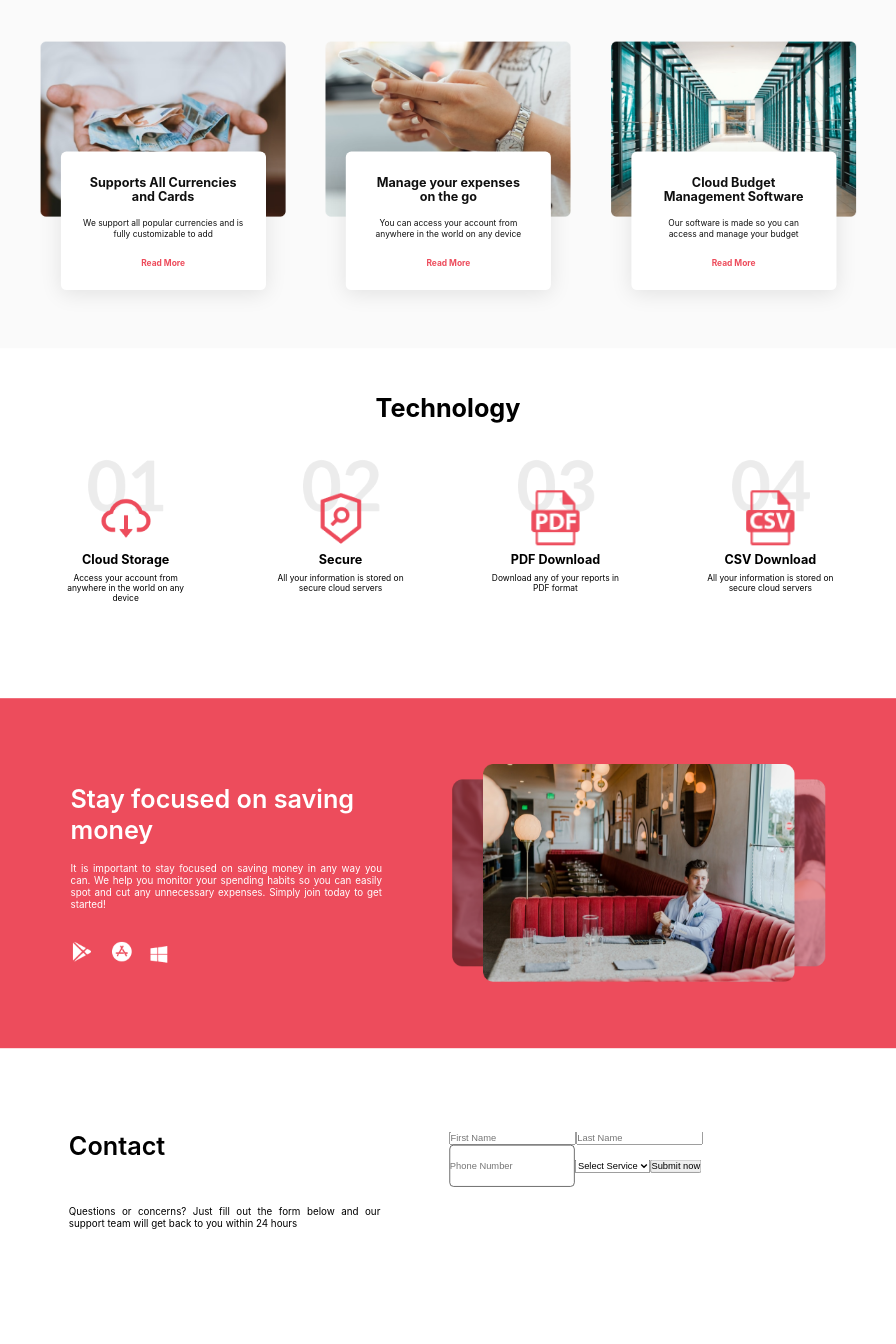
Repository: Ola-22/cloudBudget
Page: /
An editor plug-in stored every save of this project. The page is shown before and after the next save, followed by the edit.
The browser window is 1280 px wide. The pictures show the part of the page from y = 1478 to 3398 px (the page is 3398 px tall), at 70% of full size.
The project was rebuilt for these pictures with package versions that can differ from the ones it lists, and the page was loaded fresh each time.

Above is the page before, as saved 2021-09-14 11:19:19.

### src/App.js
import "./App.css";
import {
  Navbar,
  MainContent,
  VideoSection,
  Features,
  Technology,
  AppDownload,
  Contact,
} from "./components/component-path";

function App() {
  return (
    <div className="App">
      <div
        className="app-main"
        style={{
          backgroundImage:
            "linear-gradient(90deg, rgba(213, 32, 71, 0.8) 0%, rgba(238, 61, 27, 0.8) 100%),url(/images/bg.png)",
          height: "782px",
        }}
      >
        <Navbar />
        <MainContent />
      </div>
      <VideoSection />
      <Features />
      <Technology />
      <AppDownload />
      <Contact />
    </div>
  );
}

export default App;

### src/App.css
*{
  margin: 0;
  padding: 0;
  box-sizing: border-box;
}

.app-main{
  /* height: 782px; */
  background-position: center;
  background-repeat: no-repeat;
  background-size: cover;
  position: relative;
}

### src/Components/component-path.js
export { default as Navbar } from "./Navbar";
export { default as MainContent } from "./MainContent";
export { default as VideoSection } from "./VideoSection";
export { default as Features } from "./Features";
export { default as Technology } from "./Technology";
export { default as AppDownload } from "./AppDownload";
export { default as Contact } from "./Contact";

### src/Components/Navbar/index.jsx
import "./style.scss";
import { Link, BrowserRouter as Router } from "react-router-dom";

function Navbar() {
  return (
    <div className="nav-main">
      <div className="nav-box">
        <img src="/images/Vector.png" alt="" />
        <h3>CLOUDBUDGET</h3>
      </div>
      <Router>
        <nav>
          <Link to="/">overview</Link>
          <Link to="/">features</Link>
          <Link to="/">technology</Link>
          <Link to="/">contact</Link>
          <Link to="/">sign up</Link>
        </nav>
      </Router>
      <div style={{ display: "flex", cursor: "pointer" }}>
        <div className="flag-box">
          <img src="/images/flag.png" alt="" />
          <h4>EN</h4>
          <img src="/images/vector2.png" alt="" />
        </div>
        <button>Login</button>
      </div>
    </div>
  );
}

export default Navbar;

### src/Components/MainContent/index.jsx
import "./style.css";

export default function MainContent() {
  return (
    <div className="main-content">
      <h1>CloudBudget</h1>
      <p>
        Cloud budget management for everyone. Only €69.95 a Month After a 7 Day
        Trial of
        <br /> Up to €4.99
      </p>
      <button>sign up</button>
    </div>
  );
}

### src/Components/VideoSection/index.jsx
import "./style.scss";

export default function VideoSection() {
  return (
    <div className="videoMain">
      <div className="video-content">
        <h2>Easy to Use Cloud Budget Management Software</h2>
        <p>
          Our software is made so you can access and manage your budget and
          expenses online at any time from any device. It provides detailed
          income and expense reports with graphs so you can easilly see your
          spending patterns and budget at a glance. Read below to find out more.
        </p>
        <a href="#">Learn More</a>
      </div>
      <div>
        <img src="/images/play.png" alt="" />
        <img src="/images/Video_bg.png" alt="" />
      </div>
    </div>
  );
}

### src/Components/Features/index.jsx
import FeaturesCard from "./FeaturesCard";
import "./style.scss";

export default function Features() {
  return (
    <div className="features-main">
      <h1>Features</h1>
      <div>
        <FeaturesCard
          src="/images/features1.png"
          title="Supports All Currencies and Cards"
          paragraph="We support all popular currencies and is fully customizable to add"
          readmore="Read More"
        />
        <FeaturesCard
          src="/images/features2.png"
          title="Manage your expenses on the go"
          paragraph="You can access your account from anywhere in the world on any device"
          readmore="Read More"
        />
        <FeaturesCard
          src="/images/features3.png"
          title="Cloud Budget Management Software"
          paragraph="Our software is made so you can access and manage your budget"
          readmore="Read More"
        />
      </div>
    </div>
  );
}

### src/Components/Technology/index.jsx
import "./style.scss";
import TechCard from "./TechCard";

export default function Technology() {
  return (
    <div className="tech-main">
      <h1>Technology</h1>
      <div>
        <TechCard
          src="/images/tech1.png"
          title="Cloud Storage"
          paragraph="Access your account from anywhere in the world on any device"
          background="01.png"
        />
        <TechCard
          src="/images/tech2.png"
          title="Secure"
          paragraph="All your information is stored on secure cloud servers"
          background="02.png"
        />
        <TechCard
          src="/images/tech3.png"
          title="PDF Download"
          paragraph="Download any of your reports in PDF format"
          background="03.png"
        />
        <TechCard
          src="/images/tech4.png"
          title="CSV Download"
          paragraph="All your information is stored on secure cloud servers"
          background="04.png"
        />
      </div>
    </div>
  );
}

### src/Components/AppDownload/index.jsx
import "./style.scss";

export default function AppDownload() {
  return (
    <div className="download-main">
      <div>
        <h1>Stay focused on saving money</h1>
        <p>
          It is important to stay focused on saving money in any way you can. We
          help you monitor your spending habits so you can easily spot and cut
          any unnecessary expenses. Simply join today to get started!
        </p>
        <img src="/images/playstore.png" alt="" />
        <img src="/images/applestore.png" alt="" />
        <img src="/images/windows.png" alt="" />
      </div>
      <div>
        <div>
          <img src="/images/Video_bg3.png" alt="" />
          <img src="/images/Video_bg2.png" alt="" />
        </div>
        <img src="/images/Video_bg1.png" alt="" />
      </div>
    </div>
  );
}

### src/Components/Contact/index.jsx
import "./style.scss";
import Input from "./Input";

export default function Contact() {
  return (
    <div className="contact-main">
      <div>
        <h4>Contact</h4>
        <p>
          Questions or concerns? Just fill out the form below and our support
          team will get back to you within 24 hours
        </p>
      </div>
      <div>
        <div>
          <Input
            name="first_name"
            id="first_name"
            type="text"
            // onChange={this.handleChange}
            // value={email}
            placeholder="First Name"
          />
          <Input
            name="last_name"
            id="last_name"
            type="text"
            // onChange={this.handleChange}
            // value={email}
            placeholder="Last Name"
          />
        </div>
        <Input
          name="phone"
          id="phone"
          type="text"
          // onChange={this.handleChange}
          // value={email}
          placeholder="Phone Number"
        />

        <select name="service" id="service">
          <option value="other">Select Service</option>
          <option value="other">other</option>
          <option value="other">other</option>
          <option value="other">other</option>
        </select>
        <button>Submit now</button>
      </div>
    </div>
  );
}

### src/Components/Navbar/style.scss
@import "../../styles/variables.scss";

.nav-main{
  display: flex;
  align-items: center;
  justify-content: space-around;
  padding-top: 52px;
  & >nav{
    display: flex;
    & >a {
      margin-left: 20px;
      text-transform: uppercase;
      color: $whiteColor;
      font-size: 14px;
      text-decoration: none;
    }
  }

  & button{
    width: 100px;
    height: 40px;
    background-color: transparent;
    border-radius: 6px;
    border: 1px solid $whiteColor;
    font-size: 14px;
    text-transform: uppercase;
    color: $whiteColor;
    margin-inline-start: 28.81px;
    margin-inline-end: 28px;
  }
}

.nav-box{
  display: flex;
  // margin-left: 5%;
  & > h3{
    font-size: 18px;
    margin-left: 9.9px;
    color: white;
  }
}

.flag-box{
  display: flex;
  align-items: center;
  width: 96px;
  & > h4{
    font-size: 14px;
    color: $whiteColor;
    margin-inline-start: 13.81px;
    margin-inline-end: 13.81px;
  }
}

### src/Components/MainContent/style.css
.main-content {
  display: -webkit-box;
  display: -ms-flexbox;
  display: flex;
  -webkit-box-align: center;
      -ms-flex-align: center;
          align-items: center;
  -webkit-box-orient: vertical;
  -webkit-box-direction: normal;
      -ms-flex-direction: column;
          flex-direction: column;
  color: #ffffff;
  margin-top: 158px;
}

.main-content > h1 {
  font-size: 72px;
  text-transform: uppercase;
  margin-left: 18px;
  letter-spacing: 0.05em;
}

.main-content > p {
  font-size: 24px;
  width: 540px;
  height: 124px;
  font-weight: 600;
  overflow-wrap: break-word;
  text-align: center;
  margin: 0;
}

.main-content > button {
  background-color: #ffffff;
  border-radius: 6px;
  width: 160px;
  height: 50px;
  font-size: 14px;
  text-transform: uppercase;
  color: #ED4C5C;
  border: none;
  font-weight: 600;
  cursor: pointer;
}
/*# sourceMappingURL=style.css.map */

### src/Components/VideoSection/style.scss
@import "../../styles/variables.scss";

.videoMain{
  display: flex;
  justify-content: space-around;
  margin-top: 94px;
  height: 500px;
  flex-wrap: wrap;
  & > div:last-of-type{
    position: relative;
    & img:first-of-type{
      border: 1px solid $btnColor;
      background-color: $btnColor;
      border-radius: 50%;
      padding: 20px;
      // width: 18px;
      position: absolute;
      margin-top: 123px;
      left: -32px;
    }
  }
}

.video-content{
  width: 445px;
  & > h2{
    font-size: 36px;
    line-height: 43px;
    margin-top: 46px;
    font-weight: 600;
  }
  & > p{
    font-size: 14px;
    text-align: justify;
    margin: 24px 0;
  }
  & > a{
    color: $btnColor;
    font-size: 14px;
    text-decoration: none;
  }
}

### src/Components/Features/FeaturesCard/index.js
import "./style.scss";

export default function FeaturesCard({ src, title, paragraph, readmore }) {
  return (
    <div className="features-card">
      <img src={src} alt="" />
      <div>
        <h3>{title}</h3>
        <p>{paragraph}</p>
        <a href="#">{readmore}</a>
      </div>
    </div>
  );
}

### src/Components/Features/style.scss
.features-main{
  background-color: #fafafa;
  // padding-top: 60px;
  height: 600px;
  & >h1{
    text-align: center;
    padding-top: 60px;
    padding-bottom: 63px;
  }
  & > div:first-of-type{
    display: flex;
    justify-content: space-evenly;
    height: 660px;
    flex-wrap: wrap;
  }
}

### src/Components/Technology/style.scss
.tech-main{
   height: 500px;

   & > h1{
     font-size: 36px;
     text-align: center;
     padding-top: 63px;
     padding-bottom: 52px;
   }

  & > div:first-of-type{
    display: flex;
    justify-content: space-evenly;
    flex-wrap: wrap;
  }
}

### src/Components/Technology/TechCard/index.jsx
import "./style.scss";

export default function TechCard({ src, title, paragraph, background }) {
  return (
    <div
      className="tech-card"
      style={{
        backgroundImage: `url(/images/${background}`,
        backgroundRepeat: "no-repeat",
        position: "relative",
        backgroundPosition: "center top",
      }}
    >
      <img src={src} alt="" />
      <h2>{title}</h2>
      <p>{paragraph}</p>
    </div>
  );
}

### src/Components/AppDownload/style.scss
@import "../../styles/variables.scss";

.download-main{
  background-color: $btnColor;
  height: 500px;
  color: $whiteColor;
  display: flex;
  justify-content: space-evenly;
  position: relative;
  &>div:first-of-type{
    width: 445px;
    & > h1{
      margin-top: 122px;
      width: 445px;
      font-size: 36px;
      font-weight: 600;
      margin-bottom: 24px;
    }
    & >p{
      margin-bottom: 44px;
      font-size: 14px;
      text-align: justify;
    }
    & > img:not(:first-of-type){
      margin-left: 25px;
    }
  }
  &>div:last-of-type{
    width: 533px;
    position: relative;
    padding-top: 116px;
    & > div {
    display: flex;
    position: relative;
    & >img:first-of-type{
      position: absolute;
      left: 150px;
    }
    }
    & > img{
      position: absolute;
      left: 44px;
      top: 94px;
    }
  }
}

### src/Components/Contact/style.scss
.contact-main{
  display: flex;
  margin-top: 117px;
  justify-content: space-evenly;
  &> div:first-of-type{
    width: 445px;
    height: 160px;
    & > h4{
      font-size: 36px;
      font-weight: 600;
      height: 107px;
    }
    & >p{
      height: 64px;
      font-size: 14px;
      text-align: justify;
    }
  }
  &>div:last-of-type{
    width: 540px;
    height: 305px;

    & > input{
      border: 1px solid #333333;
      border-radius: 6px;
      height: 60px;
      &:not(:last-of-type){
        // width: 255px;
      }
    }
  }
}

### src/Components/Contact/Input/index.jsx
// import React from "react";

export default function Input({
  name,
  type,
  onChange,
  value,
  placeholder,
  id,
}) {
  return (
    <>
      <input
        name={name}
        type={type}
        id={id}
        onChange={onChange}
        value={value}
        placeholder={placeholder}
        className="inputLog"
      />
    </>
  );
}

### src/styles/variables.scss
$whiteColor: #ffffff;
$blackColor: #000000;
$orangeColor: #EE3D1B;
$pinkColor: #D52047;
$btnColor: #ED4C5C;

### src/Components/Features/FeaturesCard/style.scss
@import "../../../styles/variables.scss";


.features-card{
  position: relative;
  text-align: center;
  & > div{
    background-color: $whiteColor;
    position: absolute;
    top: 157px;
    width: 293px;
    height: 198px;
    left: 29px;
    box-shadow: 0px 5px 30px rgba(0, 0, 0, 0.1);
    display: flex;
    flex-direction: column;
    align-items: center;
    color: #101010;
    border-radius: 8px;
    & > h3{
      margin-top: 33px;
      margin-bottom: 20px;
      font-size: 18px;
      width: 229px;
    }
    & > p{
      font-size: 12px;
      width: 229px;
      height: 57px;
    }
    & > a{
      color: $btnColor;
      font-size: 12px;
      font-weight: bold;
      text-decoration: none;
    }
  }
}

### src/Components/Technology/TechCard/style.scss
.tech-card{
  width: 255px;
  height: 226px;
  display: flex;
  flex-direction: column;
  align-items: center;
  flex-wrap: wrap;
  & > img{
    margin-top: 44px;
    width: 80px;
    height: 80px;
    object-fit: contain;
  }
  & >h2{
    font-size: 18px;
    margin-bottom: 10px;
    margin-top: 8px;
  }
  & > p{
    font-size: 12px;
    width: 191px;
    height: 51px;
    text-align: center;
    line-height: 14px;
  }
}

Loaded but not shown: public/index.html (common file); src/index.js (common file); src/index.css (common file); src/reportWebVitals.js (common file)

After the next save:
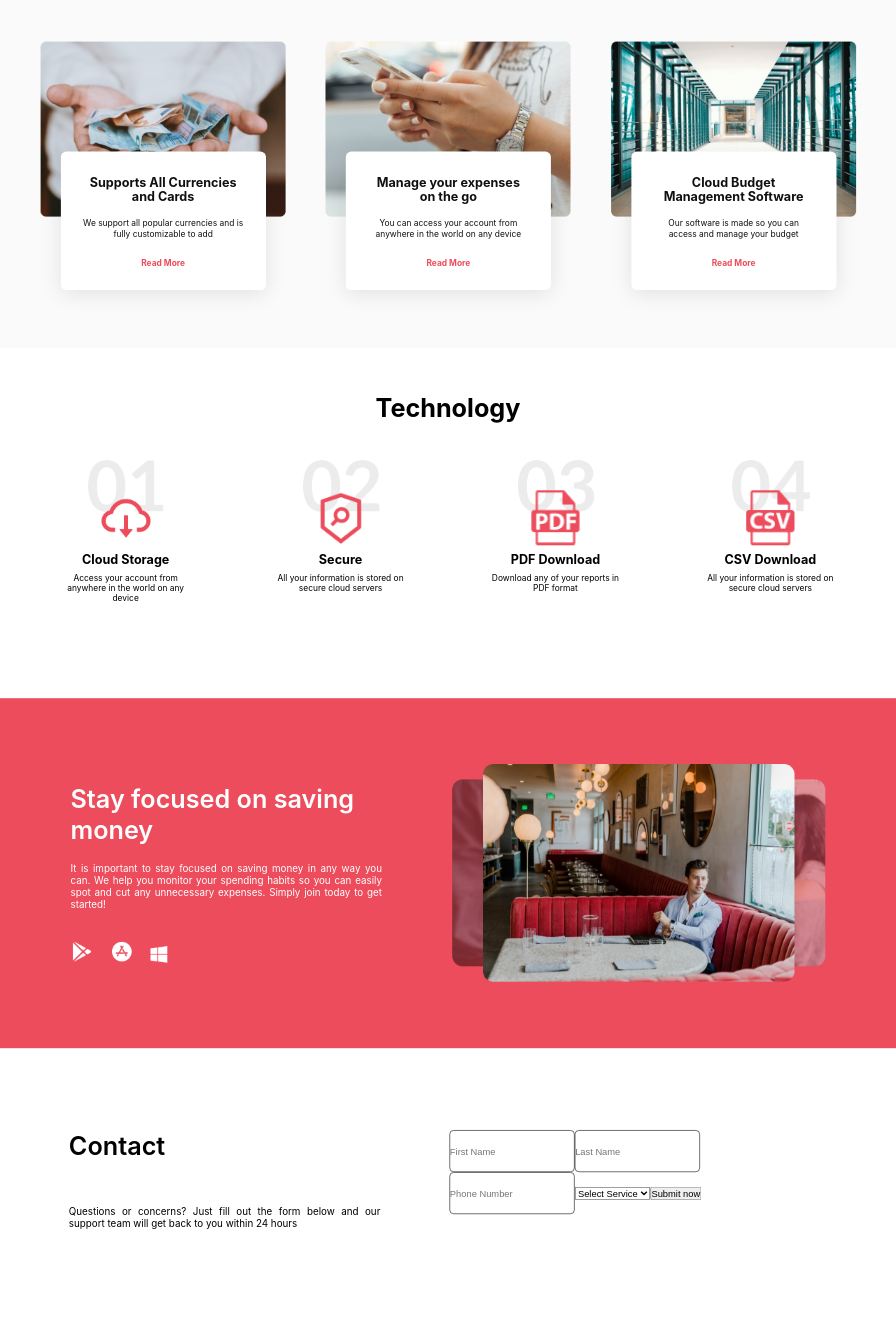
Saved 8 s later.
--- a/src/Components/Contact/style.scss
+++ b/src/Components/Contact/style.scss
@@ -20,7 +20,7 @@
     width: 540px;
     height: 305px;
 
-    & > input{
+    &  input{
       border: 1px solid #333333;
       border-radius: 6px;
       height: 60px;
